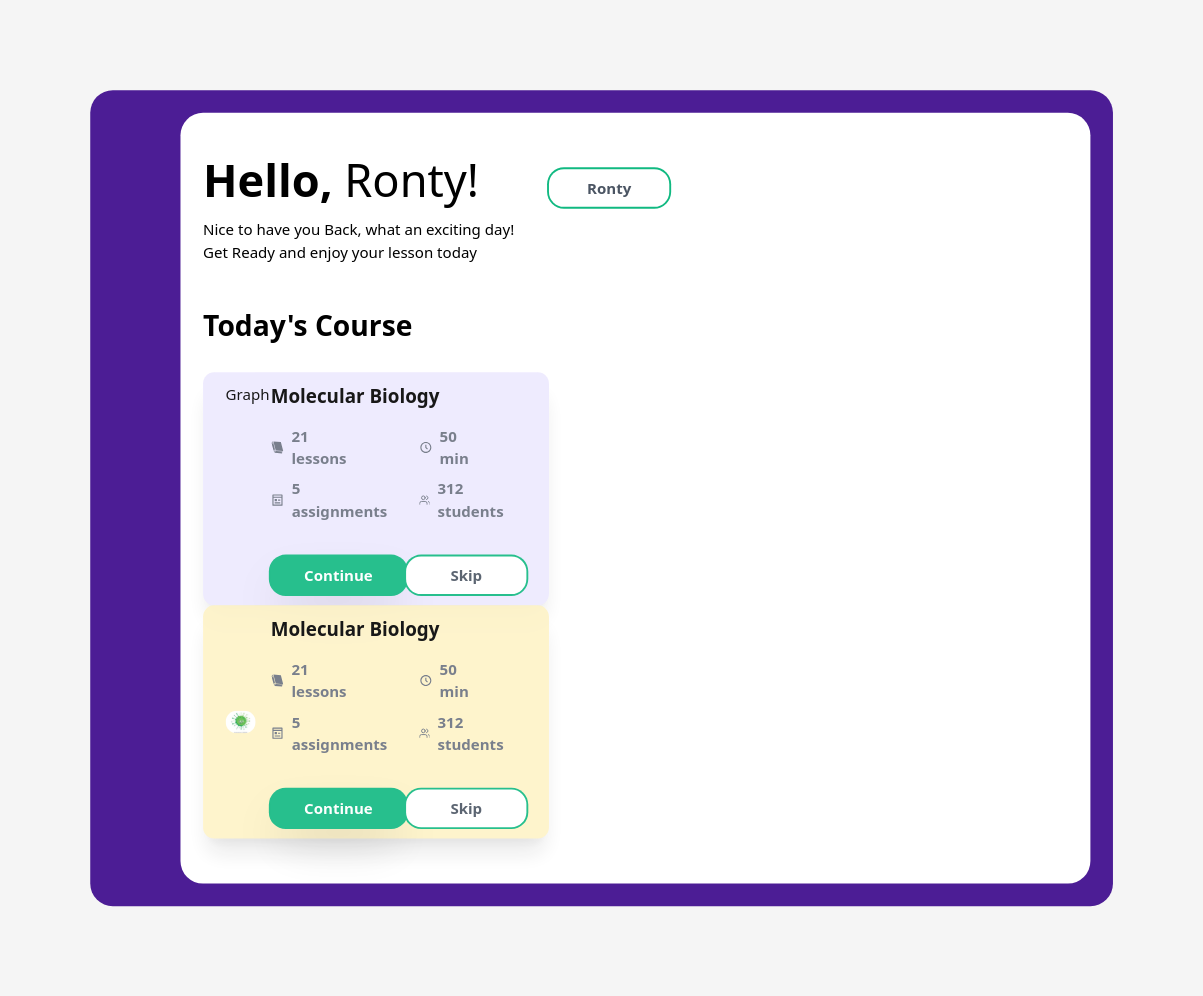
Repository: coolronts/Vite-Tailwind
Page: /
The author's editor kept a copy of each file at every save. The page is drawn from the files as they stood at one save, then again after the next save.
The browser window is 1280 px wide. The pictures show the whole page, at 94% of full size.
The project was rebuilt for these pictures with package versions that can differ from the ones it lists, and the page was loaded fresh each time. Also part of the build but not shown: vite.config.js.

Above is the page before, as saved 2021-11-26 13:58:41.

After the next save:
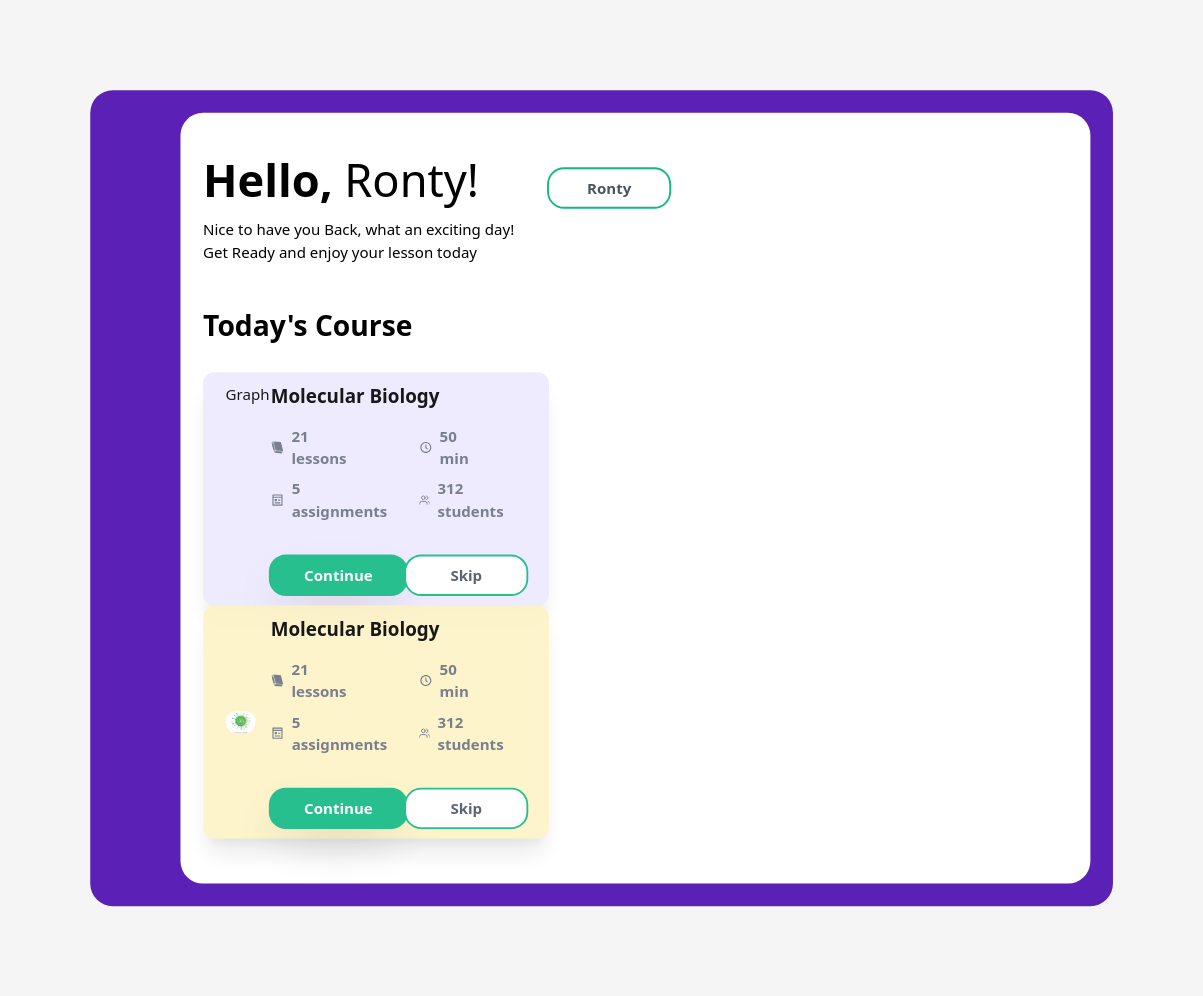
Saved 10 s later.
--- a/src/App.jsx
+++ b/src/App.jsx
@@ -12,7 +12,7 @@ function App() {
   return (
 
     <div className="App ">
-      <div className="p-6 pl-24 bg-purple-900 m-24 rounded-3xl">
+      <div className="p-6 pl-24 bg-purple-800 m-24 rounded-3xl">
       <div className="bg-white rounded-3xl px-6 py-12">
       <SplitScreen leftWeight = 'w-2/5'>
         <div id="left">
